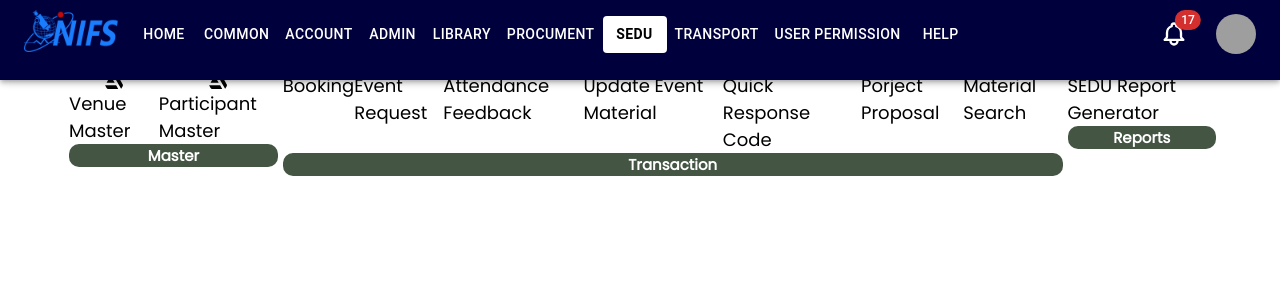
Repository: virangaj/NIFS-WebApp
Page: /sedu (app in client/)
The author's editor kept a copy of each file at every save. The page is drawn from the files as they stood at one save, then again after the next save.
The browser window is 1280 px wide. The pictures show the whole page.
Pictures or frames that could not be fetched are drawn as grey boxes. The project was rebuilt for these pictures with package versions that can differ from the ones it lists, and the page was loaded fresh each time. Also part of the build but not shown: client/src/pages/Login.tsx, client/src/pages/Home.tsx, client/src/components/Transport/shared/TransportNavbar.js, client/src/pages/TransportMainPage.tsx, client/src/pages/CommonMainPage.tsx, client/src/pages/AccountMainPage.tsx, client/src/pages/AdminMainPage.tsx, client/src/pages/LibraryMainPage.js and 4 more.

Above is the page before, as saved 2022-07-27 00:49:44.

### client/public/index.html
<!DOCTYPE html>
<html lang="en">
	<head>
		<meta charset="utf-8" />
		<link rel="icon" href="nifs_logo.png" />
		<meta name="viewport" content="width=device-width, initial-scale=1" />
		<meta name="theme-color" content="#000000" />
		<meta
			name="description"
			content="Web site created using create-react-app"
		/>
		<link rel="apple-touch-icon" href="%PUBLIC_URL%/logo192.png" />
		<!--
      manifest.json provides metadata used when your web app is installed on a
      user's mobile device or desktop. See https://developers.google.com/web/fundamentals/web-app-manifest/
    -->
		<link rel="manifest" href="%PUBLIC_URL%/manifest.json" />
		<!--
      Notice the use of %PUBLIC_URL% in the tags above.
      It will be replaced with the URL of the `public` folder during the build.
      Only files inside the `public` folder can be referenced from the HTML.

      Unlike "/favicon.ico" or "favicon.ico", "%PUBLIC_URL%/favicon.ico" will
      work correctly both with client-side routing and a non-root public URL.
      Learn how to configure a non-root public URL by running `npm run build`.
    -->
		<link
			href="https://fonts.googleapis.com/css?family=Poppins"
			rel="stylesheet"
		/>
		<title>NIFS Dashboard</title>
	</head>
	<body>
		<noscript>You need to enable JavaScript to run this app.</noscript>
		<div id="root"></div>
		<!--
      This HTML file is a template.
      If you open it directly in the browser, you will see an empty page.

      You can add webfonts, meta tags, or analytics to this file.
      The build step will place the bundled scripts into the <body> tag.

      To begin the development, run `npm start` or `yarn start`.
      To create a production bundle, use `npm run build` or `yarn build`.
    -->
	</body>
</html>

### client/src/index.css
* {
  margin: 0;
}

body {
  font-family: 'Poppins';
  -webkit-font-smoothing: antialiased;
  -moz-osx-font-smoothing: grayscale;
}

:root {
  --main-navbar-back: #00003c;
  --nav-title-section-back: #454;
  --white: #fff;
  --black: #000
}


.nav-logo {
  width: 100px;
  height: auto;
}

/* main navbar */
.main-navbar {
  background-color: var(--main-navbar-back) !important;
  width: 100% !important;
  height: 80px !important;

}



/* secondary navbar */
.secondary-navbar {
  margin-top: 10vh !important;
  margin: auto;
}

.nav-flex-section {
  display: flex;
  justify-content: center;
}

.nav-flex-inside {
  margin-left: 5px;
  margin-left: 5px;
}

.nav-title {
  font-size: 15px;
  text-align: center;
  color: var(--white);
  font-weight: 600;

}

.nav-title-section {
  border-radius: 10px;
  background-color: var(--nav-title-section-back);
}

.nav-link {
  display: flex;
  flex-direction: column;
  align-items: center;
  font-size: 18px;
}

/* body content */
.body-content {
  margin: auto;
  width: 90%;
  margin-top: 10vh;

}

.sub-body-content {
  margin: auto;
  width: 90%;
  margin-top: 3vh;
}

### client/src/App.tsx
import React, { useEffect } from 'react';
import Navbar from './components/shared/Navbar';
import Login from './pages/Login'
import { BrowserRouter as Router, Route, Routes } from 'react-router-dom'
import Home from './pages/Home';
import TransportMainPage from './pages/TransportMainPage';
import CommonMainPage from './pages/CommonMainPage';
import AccountMainPage from './pages/AccountMainPage';
import AdminMainPage from './pages/AdminMainPage';
import LibraryMainPage from './pages/LibraryMainPage';
import ProcumentMainPage from './pages/ProcumentMainPage';
import SeduMainPage from './pages/SeduMainPage';
import UserPermissionMainPage from './pages/UserPermissionMainPage';
import NotificationMainPage from './pages/NotificationMainPage';
import HelpMainPage from './pages/HelpMainPage';

function App() {


  return (
    <Router>
      <Navbar />
      <Routes>

        <Route path="/login" element={<Login />} />
        <Route path="/" element={<Home />} />
        <Route path="/common/*" element={<CommonMainPage />} />
        <Route path="/account/*" element={<AccountMainPage />} />
        <Route path="/admin/*" element={<AdminMainPage />} />
        <Route path="/library/*" element={<LibraryMainPage />} />
        <Route path="/procument/*" element={<ProcumentMainPage />} />
        <Route path="/sedu/*" element={<SeduMainPage />} />
        <Route path="/transport/*" element={<TransportMainPage />} />
        <Route
          path="/user-permission/*"
          element={<UserPermissionMainPage />}
        />
        <Route
          path="/notification/*"
          element={<NotificationMainPage />}
        />
        <Route path="/help/*" element={<HelpMainPage />} />
      </Routes>


    </Router>
  );
}

export default App;

### client/src/components/shared/Navbar.tsx
import * as React from 'react';
import AppBar from '@mui/material/AppBar';
import Box from '@mui/material/Box';
import Toolbar from '@mui/material/Toolbar';
import IconButton from '@mui/material/IconButton';
import Typography from '@mui/material/Typography';
import Menu from '@mui/material/Menu';
import Container from '@mui/material/Container';
import Avatar from '@mui/material/Avatar';
import Button from '@mui/material/Button';
import Tooltip from '@mui/material/Tooltip';
import MenuItem from '@mui/material/MenuItem';
import { HiMenuAlt2, HiOutlineBell } from "react-icons/hi";
import Badge from '@mui/material/Badge';
import Logo from '../../images/nifs_logo.png'
import { Link, useLocation } from 'react-router-dom';
const pages = [
    {
        id: 0,
        title: 'Home',
        link: '/',
    },
    {
        id: 1,
        title: 'Common',
        link: '/common',
    },
    {
        id: 2,
        title: 'Account',
        link: '/account',
    },
    {
        id: 3,
        title: 'Admin',
        link: '/admin',
    },
    {
        id: 4,
        title: 'Library',
        link: '/library',
    },
    {
        id: 5,
        title: 'Procument',
        link: '/procument',
    },
    {
        id: 6,
        title: 'SEDU',
        link: '/sedu',
    },
    {
        id: 7,
        title: 'Transport',
        link: '/transport',
    },
    {
        id: 8,
        title: 'User Permission',
        link: '/user-permission',
    },
    // {
    //     id: 9,
    //     title: 'Notification',
    //     link: '/notification',
    // },
    {
        id: 10,
        title: 'Help',
        link: '/help',
    },
];
const settings = [
    {
        id: 0,
        title: 'Login',
        link: '/login',
    },
];
const Navbar = () => {

    const location: any = useLocation();
    console.log(location.pathname.split('/')[1])


    const [anchorElNav, setAnchorElNav] = React.useState<null | HTMLElement>(null);
    const [anchorElUser, setAnchorElUser] = React.useState<null | HTMLElement>(null);

    const handleOpenNavMenu = (event: React.MouseEvent<HTMLElement>) => {
        setAnchorElNav(event.currentTarget);
    };
    const handleOpenUserMenu = (event: React.MouseEvent<HTMLElement>) => {
        setAnchorElUser(event.currentTarget);
    };

    const handleCloseNavMenu = () => {
        setAnchorElNav(null);
    };

    const handleCloseUserMenu = () => {
        setAnchorElUser(null);
    };

    return (
        <AppBar position="fixed" className="main-navbar">
            <Container maxWidth="xl">
                <Toolbar disableGutters>
                    {/*Responsive view start here  */}
                    <Box sx={{ display: { xs: 'none', md: 'flex' }, mr: 1 }}>
                        <Link to='/'>
                            <img src={Logo} alt="logo" className="nav-logo" />
                        </Link>
                    </Box>


                    <Box sx={{ flexGrow: 1, display: { xs: 'flex', md: 'none' } }}>
                        <IconButton
                            size="large"
                            aria-label="account of current user"
                            aria-controls="menu-appbar"
                            aria-haspopup="true"
                            onClick={handleOpenNavMenu}
                            color="inherit"
                        >
                            <HiMenuAlt2 />
                        </IconButton>
                        <Menu
                            id="menu-appbar"
                            anchorEl={anchorElNav}
                            anchorOrigin={{
                                vertical: 'bottom',
                                horizontal: 'left',
                            }}
                            keepMounted
                            transformOrigin={{
                                vertical: 'top',
                                horizontal: 'left',
                            }}
                            open={Boolean(anchorElNav)}
                            onClose={handleCloseNavMenu}
                            sx={{
                                display: { xs: 'block', md: 'none' },
                            }}
                        >
                            {pages && pages.map((page) => (
                                location.pathname.split('/')[1] === page.link.split('/')[1] ?
                                    <Link to={page.link} style={{ textDecoration: 'none' }} >
                                        <Button
                                            key={page.id}
                                            onClick={handleCloseNavMenu}
                                            sx={{ my: 2, color: 'white', display: 'block' }}
                                            style={{ backgroundColor: '#000', color: '#fff', fontWeight: 700 }}
                                        >
                                            {page.title}
                                        </Button>
                                    </Link>
                                    :
                                    <Link to={page.link} style={{ textDecoration: 'none' }} >
                                        <Button
                                            key={page.id}
                                            onClick={handleCloseNavMenu}
                                            sx={{ my: 2, color: 'white', display: 'block' }}
                                            style={{ backgroundColor: '#fff', color: '#000' }}
                                        >
                                            {page.title}
                                        </Button>
                                    </Link>
                            ))}
                        </Menu>
                    </Box>
                    {/* Responsive view ends here */}

                    {/* Full width starts here */}
                    <Box
                        sx={{
                            mr: 2,
                            display: { xs: 'flex', md: 'none' },
                            flexGrow: 1,
                        }}
                    >
                        <Link to='/'>
                            <img src={Logo} alt="logo" className="nav-logo" />
                        </Link>
                    </Box>

                    <Box sx={{ flexGrow: 1, display: { xs: 'none', md: 'flex' } }}>
                        {pages.map((page) => (
                            location.pathname.split('/')[1] === page.link.split('/')[1] ?
                                <Link to={page.link} style={{ textDecoration: 'none' }} >
                                    <Button
                                        key={page.id}
                                        onClick={handleCloseNavMenu}
                                        sx={{ my: 2, color: 'white', display: 'block' }}
                                        style={{ backgroundColor: '#fff', color: '#000', fontWeight: 700 }}


                                    >
                                        {page.title}
                                    </Button>
                                </Link>
                                :
                                <Link to={page.link} style={{ textDecoration: 'none' }} >
                                    <Button
                                        key={page.id}
                                        onClick={handleCloseNavMenu}
                                        sx={{ my: 2, color: 'white', display: 'block' }}

                                    >
                                        {page.title}
                                    </Button>
                                </Link>
                        ))}
                    </Box>
                    <IconButton
                        size="large"
                        aria-label="show 17 new notifications"
                        color="inherit"
                        sx={{ mr: 2 }}
                    >
                        <Badge badgeContent={17} color="error">
                            <HiOutlineBell />
                        </Badge>
                    </IconButton>
                    <Box sx={{ flexGrow: 0 }}>
                        <Tooltip title="Open settings">
                            <IconButton onClick={handleOpenUserMenu} sx={{ p: 0 }}>
                                <Avatar alt="Remy Sharp" src="/static/images/avatar/2.jpg" />
                            </IconButton>
                        </Tooltip>
                        <Menu
                            sx={{ mt: '45px' }}
                            id="menu-appbar"
                            anchorEl={anchorElUser}
                            anchorOrigin={{
                                vertical: 'top',
                                horizontal: 'right',
                            }}
                            keepMounted
                            transformOrigin={{
                                vertical: 'top',
                                horizontal: 'right',
                            }}
                            open={Boolean(anchorElUser)}
                            onClose={handleCloseUserMenu}
                        >
                            {settings && settings.map((setting) => (
                                <MenuItem key={setting.id} onClick={handleCloseUserMenu}>
                                    <Typography textAlign="center">{setting.title}</Typography>
                                </MenuItem>
                            ))}
                        </Menu>
                    </Box>
                </Toolbar>
            </Container>
        </AppBar>
    );
};
export default Navbar;

### client/src/pages/SeduMainPage.tsx
import React from 'react';
import { Route, Routes } from 'react-router-dom';
import SeduSecondaryNavbar from '../components/sedu/SeduSecondaryNavbar';
import SecondaryNavbar from '../components/shared/SecondaryNavbar';


// sedu main page where all other section of sedu department can be access from here
function SeduMainPage() {

	return <div>
		<SeduSecondaryNavbar />
		<div className="sub-body-content">
			<Routes>
				{/* <Route path="/" element={<NewRequest />} />
					<Route path="/recommend" element={<RecommendedRequest />} />
					<Route path="/approve" element={<ApproveRequest />} /> */}
			</Routes>
		</div>
	</div>;
}

export default SeduMainPage;

### client/src/components/sedu/SeduSecondaryNavbar.tsx
import { Box } from '@mui/material'
import React from 'react'

import { FaArtstation, FaApple, FaAppStoreIos } from "react-icons/fa";
function SeduSecondaryNavbar() {

    return (
        <Box sx={{ width: '90%' }} className="secondary-navbar nav-flex-section">

            {/* master section */}
            <div className='nav-flex-inside'>
                <div className='nav-flex-section'>
                    <p className='nav-link'><FaArtstation /> Venue Master</p>
                    <p className='nav-link'><FaArtstation /> Participant Master</p>
                </div>
                <div className='nav-title-section'>
                    <p className='nav-title'>Master</p>
                </div>
            </div>

            {/* transaction section */}
            <div className='nav-flex-inside'>
                <div className='nav-flex-section'>
                    <p className='nav-link'>Booking</p>
                    <p className='nav-link'>Event Request</p>
                    <p className='nav-link'>Attendance Feedback</p>
                    <p className='nav-link'>Update Event Material</p>
                    <p className='nav-link'>Quick Response Code</p>
                    <p className='nav-link'>Porject Proposal</p>
                    <p className='nav-link'>Material Search</p>
                </div>
                <div className='nav-title-section'>
                    <p className='nav-title'>Transaction</p>
                </div>
            </div>
            {/* reposrts section */}
            <div className='nav-flex-inside'>
                <div className='nav-flex-section'>
                    <p className='nav-link'>SEDU Report Generator</p>
                </div>
                <div className='nav-title-section'>
                    <p className='nav-title'>Reports</p>
                </div>
            </div>
        </Box>
    )
}

export default SeduSecondaryNavbar

Loaded but not shown: client/src/index.tsx (common file); client/src/reportWebVitals.ts (common file)

After the next save:
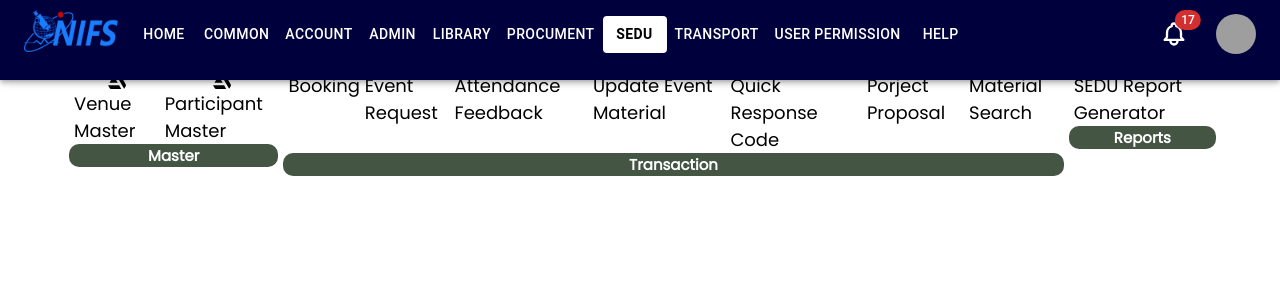
Saved 10 s later.
--- a/client/src/index.css
+++ b/client/src/index.css
@@ -65,6 +65,8 @@ body {
   flex-direction: column;
   align-items: center;
   font-size: 18px;
+  margin-left: 5px;
+  margin-left: 5px;
 }
 
 /* body content */
